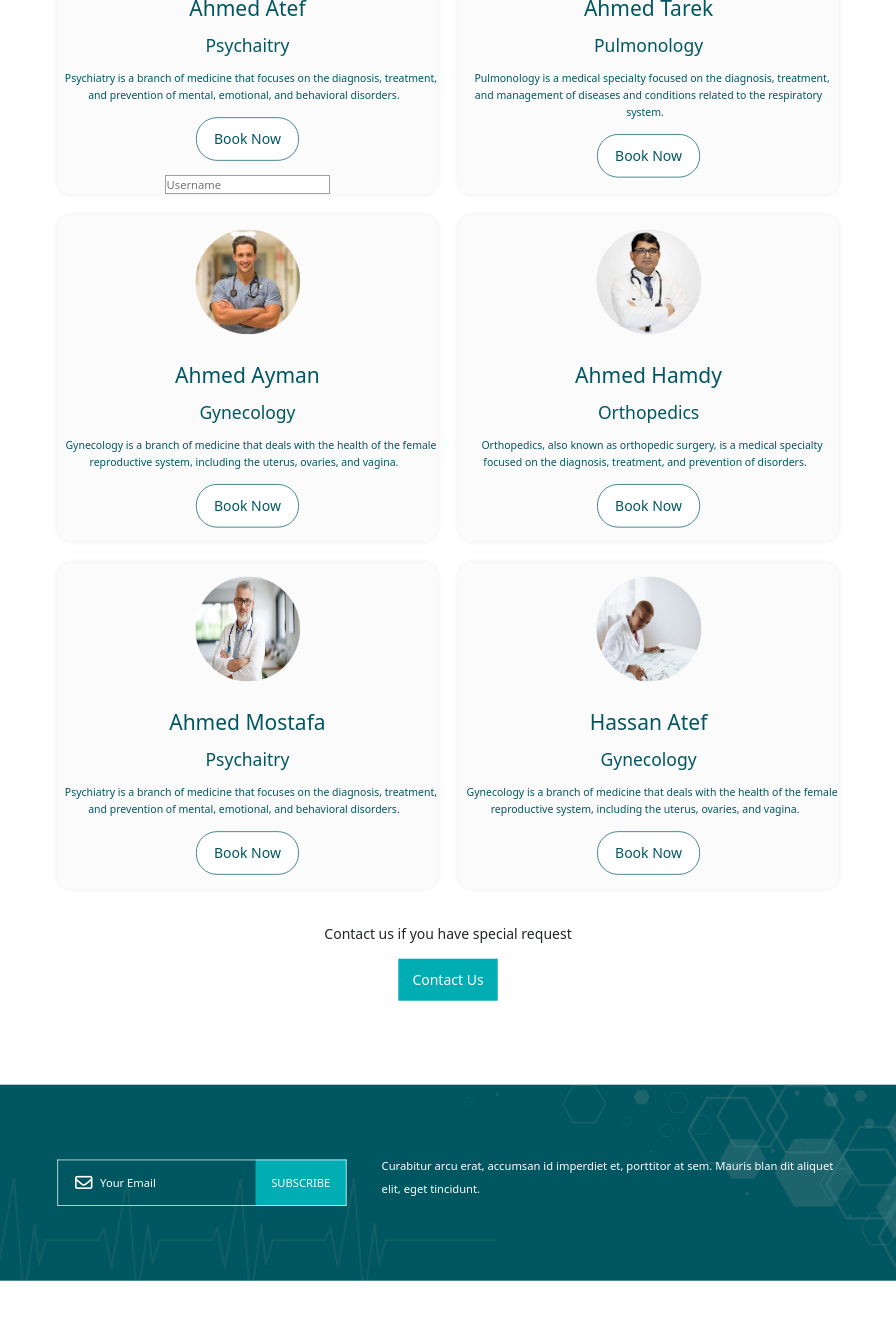
Repository: Ahmed123rezk123/Clinic
Page: index.html
These files come from the project's save history. The page is drawn as it stood at one moment and after a run of saves; the edit follows.
The browser window is 1280 px wide. The pictures show the part of the page from y = 2841 to 4761 px (the page is 6043 px tall before and 6071 px after), at 70% of full size.
Some web fonts or font styles are not loaded; a fallback is used.

Above is the page before, as saved 2024-04-26 18:11:46.

### index.html
<!DOCTYPE html>
<html lang="en">
  <head>
    <meta charset="UTF-8" />
    <meta name="viewport" content="width=device-width, initial-scale=1.0" />
    <title>Clinic</title>
    <!-- Render All Elements Normally -->
    <link rel="stylesheet" href="css/normalize.css" />
    <!-- Font Awesome Library -->
    <link rel="stylesheet" href="css/all.min.css" />
    <!-- Main Temlate css file -->
    <link rel="stylesheet" href="css/style.css" />
    <!-- Google Fonts -->
    <link rel="preconnect" href="https://fonts.googleapis.com" />
    <link rel="preconnect" href="https://fonts.gstatic.com" crossorigin />
    <link
      href="https://fonts.googleapis.com/css2?family=Edu+TAS+Beginner:wght@500&family=Open+Sans:wght@400;700&display=swap"
      rel="stylesheet"
    />
    <link href="https://cdn.jsdelivr.net/npm/bootstrap@5.3.2/dist/css/bootstrap.min.css" rel="stylesheet">
  </head>
  <body>
    <!-- Start Header -->
    <header>
      <div class="container" id="top">
        <a href="#" class="logo">
          <img src="images/logo.svg" alt="Logo" />
        </a>
        <nav>
          <i class="fas fa-bars menu"></i>
          <ul>
            <li><a href="#" class="active">Home</a></li>
            <li><a href="#">Services</a></li>
            <li><a href="#">Doctors</a></li>
            <li><a href="#">Blog</a></li>
            <li><a href="#">Contact</a></li>
          </ul>
          <div class="form">
            <i class="fas fa-search"></i>
          </div>
        </nav>
      </div>
    </header>
    <!-- End Header -->
    <!-- Start Landing -->
    <section class="landing">
      <div class="overlay">
        <div class="text">
          <div class="content">
            <h2>
              Welcome To Doclab<br />
              We get will soon
            </h2>
            <p>
              The new Doclab Hydro Renewal Ampoule is the latest K-Beauty secret
              of skin renewal and revitalization invention.
            </p>
          </div>
        </div>
        <img class="img-doctor" src="images/hero-banner.png" alt="" />
      </div>
      <i class="fas fa-angle-left icon1 fa-2x"></i>
      <i class="fas fa-angle-right icon2 fa-2x"></i>
      <ul class="bullets">
        <li></li>
        <li class="active"></li>
        <li></li>
      </ul>
    </section>
    <!-- End Landing -->
    <!-- Start Services -->
    <section class="services">
      <div class="container">
        <div class="main-content">
          <h2>Services</h2>
          <p>
            The new Doclab Hydro Renewal Ampoule is the latest K-Beauty secret
            of skin renewal and revitalization.
          </p>
        </div>
        <div class="services-content">
          <div class="div-content">
            <img src="images/icon-1.png" alt="" />
            <div class="text">
              <h2>Psychaitry</h2>
              <p>
                Psychiatry is a branch of medicine that focuses on the
                diagnosis, treatment, and prevention of mental, emotional, and
                behavioral disorders.
              </p>
            </div>
          </div>
          <div class="div-content">
            <img src="images/icon-2.png" alt="" />
            <div class="text">
              <h2>Gynecology</h2>
              <p>
                Gynecology is a branch of medicine that deals with the health of
                the female reproductive system, including the uterus, ovaries,
                and vagina.
              </p>
            </div>
          </div>
          <div class="div-content">
            <img src="images/icon-3.png" alt="" />
            <div class="text">
              <h2>Pulmonology</h2>
              <p>
                Pulmonology is a medical specialty focused on the diagnosis,
                treatment, and management of diseases and conditions related to
                the respiratory system.
              </p>
            </div>
          </div>
          <div class="div-content">
            <img src="images/icon-4.png" alt="" />
            <div class="text">
              <h2>Orthopedics</h2>
              <p>
                Orthopedics, also known as orthopedic surgery, is a medical
                specialty focused on the diagnosis, treatment, and prevention of
                disorders.
              </p>
            </div>
          </div>
        </div>
      </div>
    </section>
    <!-- End Services -->
    <!-- Start Design -->
    <section class="design">
      <div class="overlay">
        <div class="image">
          <!-- <img src="images/mobile.png" alt="" /> -->
        </div>
        <div class="text">
          <div class="content">
            <h2>Doctors Are Doing As Team . . .</h2>
            <div class="div-icon">
              <div class="div-content">
                <img src="images/icon-1.png" alt="" />
                <span>Dr: Ahmed Atef</span>
              </div>
              <div class="div-content">
                <img src="images/icon-2.png" alt="" />
                <span>Dr: Ahmed Ayman</span>
              </div>
              <div class="div-content">
                <img src="images/icon-3.png" alt="" />
                <span>Dr: Ahmed Mostafa</span>
              </div>
              <div class="div-content">
                <img src="images/icon-4.png" alt="" />
                <span>Dr: Ahmed Hamdy</span>
              </div>
            </div>
          </div>
        </div>
      </div>
    </section>
    <!-- End Design -->

    <!-- Start Princing -->
    <script>
      function book(){
        document.write("<form>")
          document.write("<input type=text placeholder=Username> <br/><br/>")
          document.write("<input type=email placeholder=Email><br/><br/>")
          document.write("<input type=password placeholder=Password><br/><br/>")
          document.write("<input type=submit value=submit><br/>")
        document.write("</form>")
      }
    </script>

    <div class="princing">
      <div class="container">
        <div class="main-content">
          <h2>Blog</h2>
          <p>
            Lorem ipsum dolor sit amet consectetur adipisicing elit. Numquam,
            laborum ipsum adipisci perspiciatis dolorum.
          </p>
        </div>
        <div class="content">
        <div class="box">
          <div class="image">
            <img src="images/health-care.png" alt="">
          </div>
          <div class="text">
            <h2>Ahmed Atef</h2>
            <h4>Psychaitry</h4>
            <span>Psychiatry is a branch of medicine that focuses on the diagnosis, treatment, and prevention of mental, emotional, and behavioral disorders.</span>
          </div>
          <button onclick="book();">Book Now</button>
          <div class="formation">
            <form>
              <input type=text placeholder=Username>
            </form>
          </div>
        </div>
        <div class="box">
          <div class="image">
            <img src="images/images (1).jfif" alt="">
          </div>
          <div class="text">
            <h2>Ahmed Tarek</h2>
            <h4>Pulmonology</h4>
            <span>Pulmonology is a medical specialty focused on the diagnosis, treatment, and management of diseases and conditions related to the respiratory system.</span>
          </div>
          <button>Book Now</button>
        </div>
        <div class="box">
          <div class="image">
            <img src="images/images (2).jfif" alt="">
          </div>
          <div class="text">
            <h2>Ahmed Ayman</h2>
            <h4>Gynecology</h4>
            <span>Gynecology is a branch of medicine that deals with the health of the female reproductive system, including the uterus, ovaries, and vagina.</span>
          </div>
          <button>Book Now</button>
        </div>
        <div class="box">
          <div class="image">
            <img src="images/images.jfif" alt="">
          </div>
          <div class="text">
            <h2>Ahmed Hamdy</h2>
            <h4>Orthopedics</h4>
            <span>Orthopedics, also known as orthopedic surgery, is a medical specialty focused on the diagnosis, treatment, and prevention of disorders.</span>
          </div>
          <button>Book Now</button>
        </div>
        <div class="box">
          <div class="image">
            <img src="images/doc.jpg" alt="">
          </div>
          <div class="text">
            <h2>Ahmed Mostafa</h2>
            <h4>Psychaitry</h4>
            <span>Psychiatry is a branch of medicine that focuses on the diagnosis, treatment, and prevention of mental, emotional, and behavioral disorders.</span>
          </div>
          <button>Book Now</button>
        </div>
        <div class="box">
          <div class="image">
            <img src="images/laboratories.png" alt="">
          </div>
          <div class="text">
            <h2>Hassan Atef</h2>
            <h4>Gynecology</h4>
            <span>Gynecology is a branch of medicine that deals with the health of the female reproductive system, including the uterus, ovaries, and vagina.</span>
          </div>
          <button>Book Now</button>
        </div>
        </div>
        <p class="parag-content">Contact us if you have special request</p>
        <a href="#" class="lnk">Contact Us</a>
      </div>
    </div>
    <!-- End Princing -->

    <!-- Start Subscribe -->
    <div class="subscribe">
      <div class="container">
        <form action="">
          <i class="far fa-envelope"></i>
          <input type="email" name="mail" placeholder="Your Email" />
          <input type="submit" value="Subscribe" />
        </form>
        <p>
          Curabitur arcu erat, accumsan id imperdiet et, porttitor at sem.
          Mauris blan dit aliquet elit, eget tincidunt.
        </p>
      </div>
    </div>
    <!-- End Subscribe -->
    <!-- Start CONTACT US -->

    <div class="contact">
      <div class="container">
        <div class="main-content">
          <h2>contact us</h2>
          <p>
            Lorem ipsum dolor sit amet consectetur adipisicing elit. Numquam,
            laborum ipsum adipisci perspiciatis dolorum.
          </p>
        </div>
        <div class="content">
          <form action="">
            <input
              class="inp"
              type="text"
              name="name"
              placeholder="Your Name"
            />
            <input
              class="inp"
              type="email"
              name="mail"
              placeholder="Your Email"
            />
            <textarea
              class="inp"
              name="message"
              placeholder="Your Message"
            ></textarea>
            <input type="submit" value="Send Message" />
          </form>
          <div class="text">
            <h4>GET IN TOUCH</h4>
            <span class="phone">+00 123.456.789</span>
            <span class="phone">+00 123.456.789</span>

            <h4>WHERE WE ARE</h4>
            <ul>
              <li>Awesome Address 17</li>
              <li>New York, NYC</li>
              <li>123-4567-890</li>
              <li>USA</li>
            </ul>
          </div>
        </div>
      </div>
    </div>
    <!-- End CONTACT US -->

    <!-- Start Footer -->
    <div class="footer">
      <div class="container">
        <img src="images/logo.svg" alt="Logo" />
        <div class="text">
          <h2>We Are Social</h2>
          <a href="#"><i class="fab fa-facebook-f"></i></a>
          <a href="#"><i class="fab fa-twitter"></i></a>
          <a href="#"> <i class="fas fa-home"></i></a>
          <a href="#"><i class="fab fa-linkedin"></i></a>
        </div>
        <p>&copy; 2024 <span>Clinic</span> All Right Reserved</p>
      </div>
    </div>
    <!-- End Footer -->
    <a href="#top" class="up"><i class="fas fa-arrow-up"></i></a>
  </body>
</html>

Loaded but not shown: css/normalize.css (library); css/all.min.css (library); css/style.css (853 lines, source omitted)

After the next 5 saves:
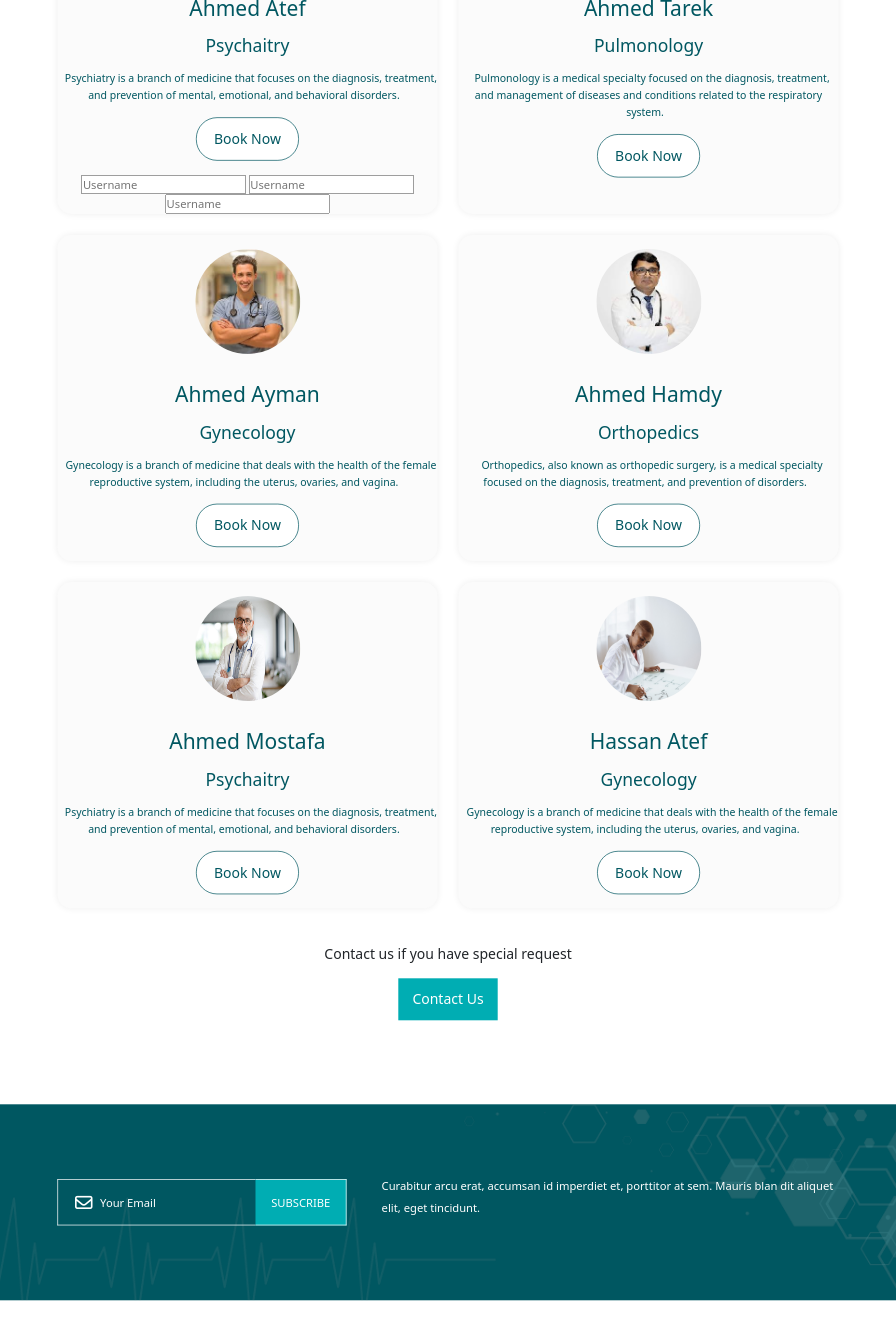
The 5 saves are shown as one change because they came seconds apart.
The last was saved 11 s later.
--- a/index.html
+++ b/index.html
@@ -194,7 +194,9 @@
           <button onclick="book();">Book Now</button>
           <div class="formation">
             <form>
-              <input type=text placeholder=Username>
+              <input type="text" placeholder="Username">
+              <input type="text" placeholder="Username">
+              <input type="text" placeholder="Username">
             </form>
           </div>
         </div>
